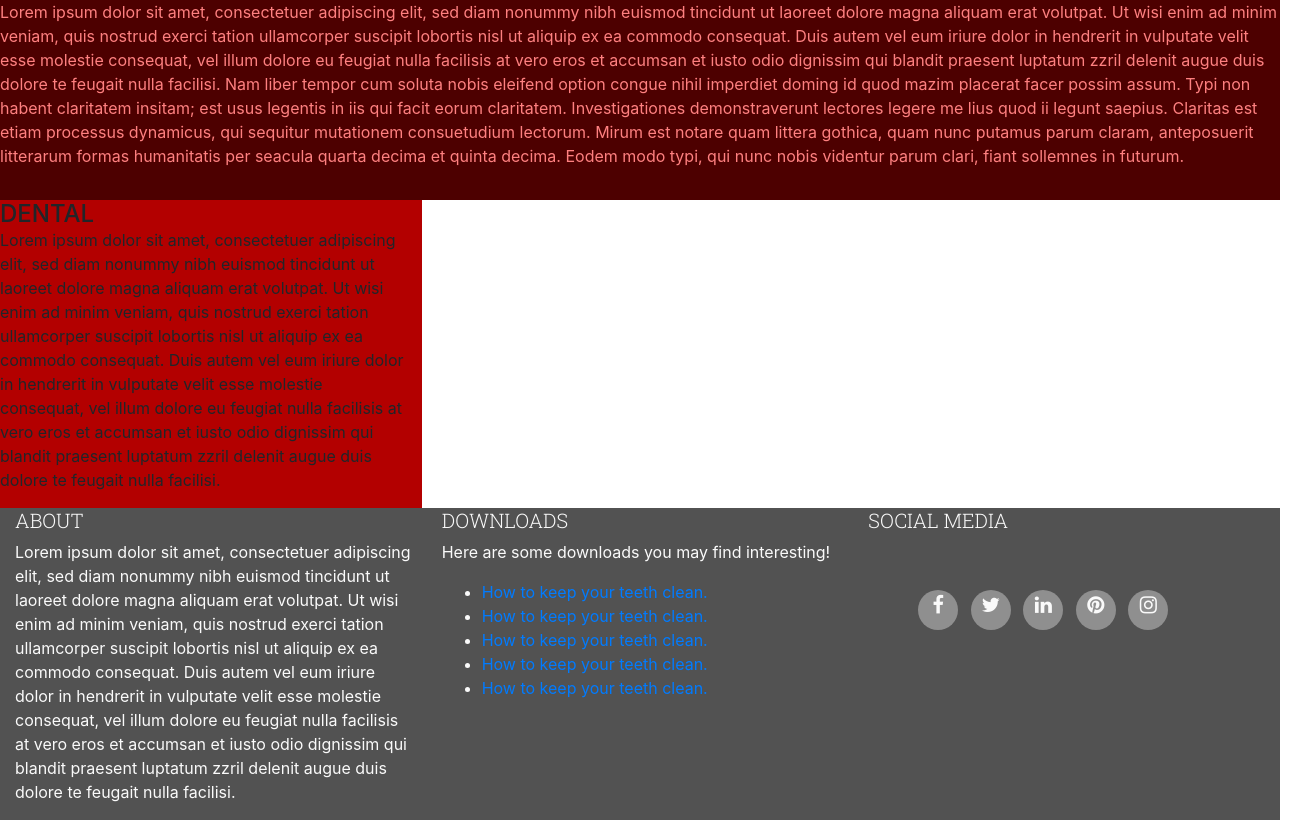
Repository: Code-Institute-Submissions/Rajjabbal-milestone-project
Page: dental.html
The author's editor kept a record of every edit. The page is drawn from the files as they stood at one moment, then again after the next edit.
The browser window is 1280 px wide. The page is 1295 px wide, so the pictures cover 1295 px, including what lies to the right of the window. The pictures show the part of the page from y = 871 to 1691 px (the page is 1691 px tall).
Some web libraries are served in a nearby version.

Above is the page before.

After the next edit:
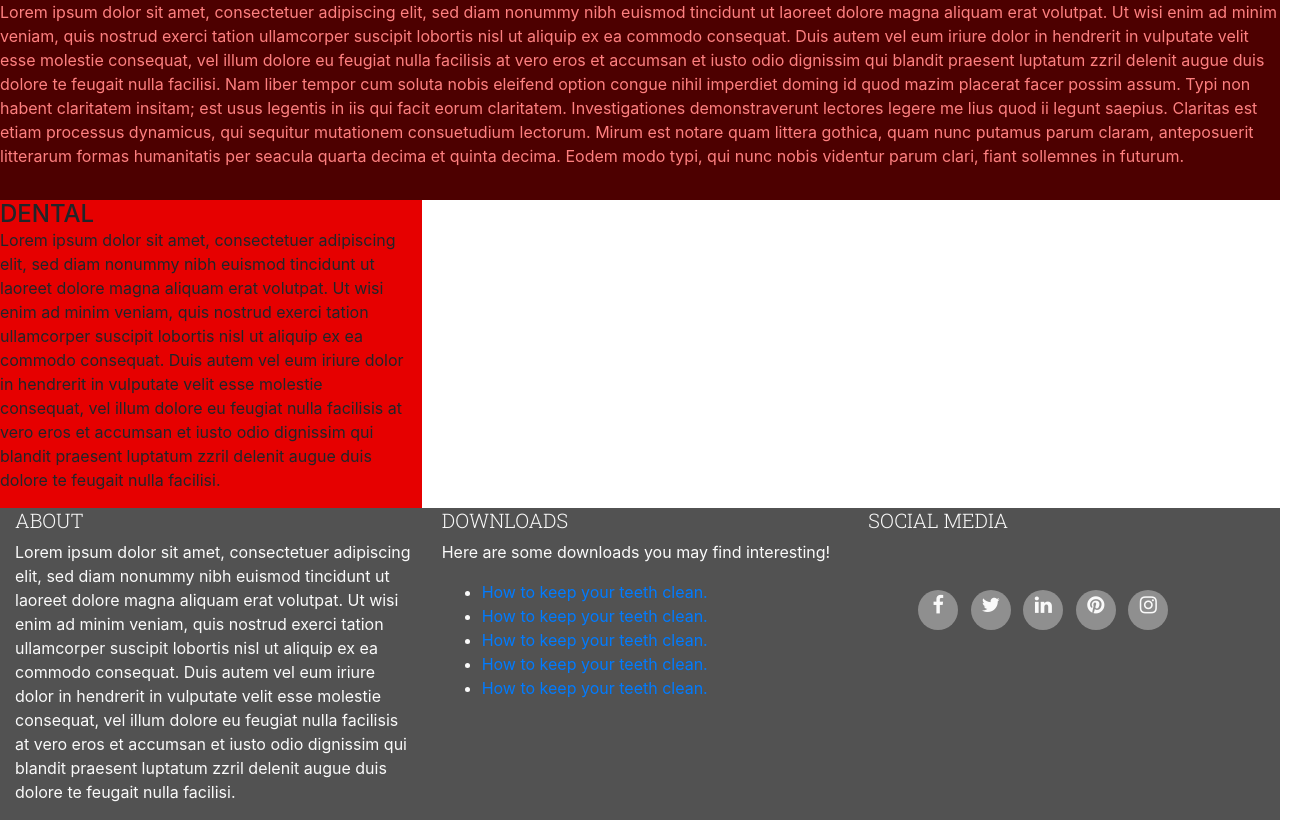
The edit:
--- a/assets/css/style.css
+++ b/assets/css/style.css
@@ -33,7 +33,7 @@
 .bg-color-periodental {
     background-color: #cc0000;
 }
-.bg-color-dental {
+.bg-color-other {
     background-color: #b30000;
 }
 
